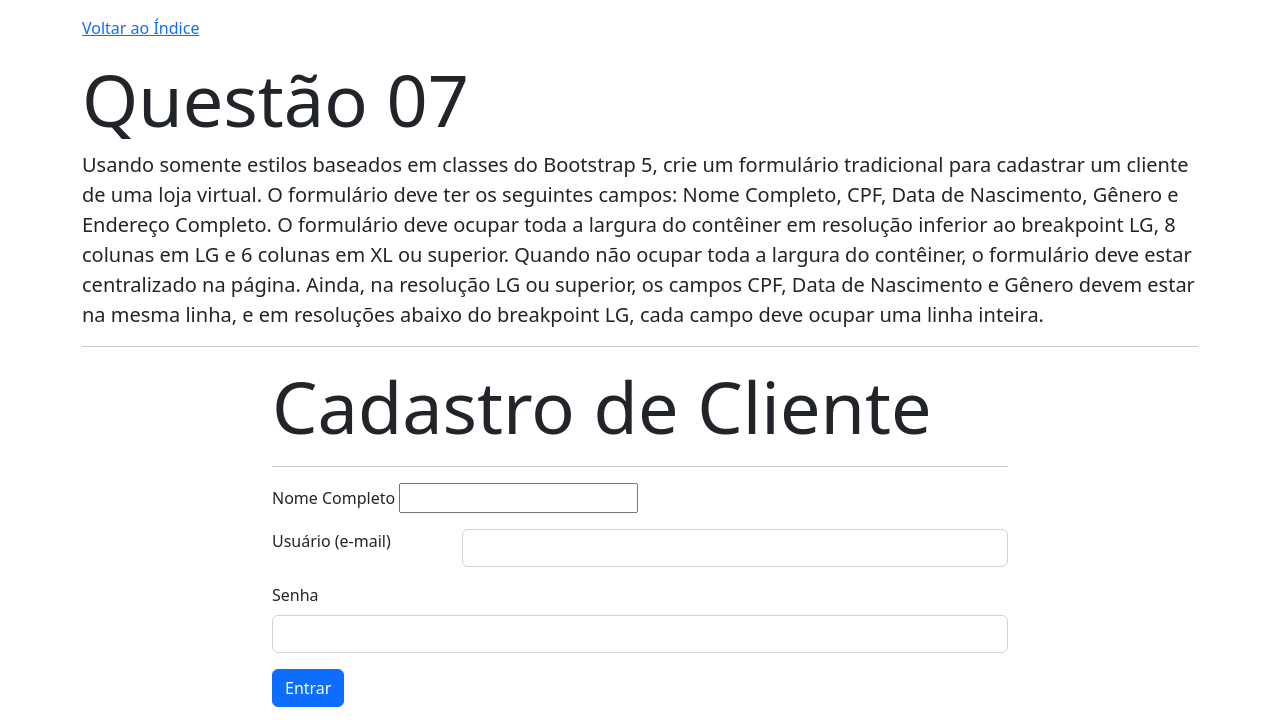
Repository: In-Game-full/Reprograme-se
Page: S-8/Atividade-Pratica-da-Semana-3-do-Replit/questao07.html
The author's editor kept a copy of each file at every save. The page is drawn from the files as they stood at one save, then again after a run of saves.
The browser window is 1280 px wide. The pictures show the whole page.

Above is the page before, as saved 2023-09-12 15:35:51.

### S-8/Atividade-Pratica-da-Semana-3-do-Replit/questao07.html
<!DOCTYPE html>
<html lang="pt-br">

<head>
    <meta charset="UTF-8">
    <meta http-equiv="X-UA-Compatible" content="IE=edge">
    <meta name="viewport" content="width=device-width, initial-scale=1.0">
    <link href="https://cdn.jsdelivr.net/npm/bootstrap@5.2.2/dist/css/bootstrap.min.css" rel="stylesheet">
    <link href="https://cdn.jsdelivr.net/npm/bootstrap-icons@1.10.2/font/bootstrap-icons.css" rel="stylesheet">
    <script src="https://cdn.jsdelivr.net/npm/bootstrap@5.2.2/dist/js/bootstrap.bundle.min.js"></script>
    <title>Questão 07</title>
</head>

<body>
    <div class="container my-3">
        <p><a href="index.html">Voltar ao Índice</a></p>
        <h1 class="display-2">Questão 07</h1>
        <p class="lead">Usando somente estilos baseados em classes do Bootstrap 5, crie um formulário tradicional para cadastrar um cliente de uma loja virtual. O formulário deve ter os seguintes campos: Nome Completo, CPF, Data de Nascimento, Gênero e Endereço Completo. O formulário deve ocupar toda a largura do contêiner em resolução inferior ao breakpoint LG, 8 colunas em LG e 6 colunas em XL ou superior. Quando não ocupar toda a largura do contêiner, o formulário deve estar centralizado na página. Ainda, na resolução LG ou superior, os campos CPF, Data de Nascimento e Gênero devem estar na mesma linha, e em resoluções abaixo do breakpoint LG, cada campo deve ocupar uma linha inteira.</p>
        <hr>
    </div>
    <!-- Valor: 1.5 pontos -->
    <!-- FAZER AQUI -->
    <div class="container">
        <div class="row justify-content-center">
            <div class="col-sm-12 col-lg-8 clo-xl-6">
                <h1 class="display-2">Cadastro de Cliente</h1>
                <hr>
                <form action="">
                    <div class="mb-3">
                        <label for="">Nome Completo</label>
                        <input type="text">
                    </div>
                    <div class="row mb-3">
                        <div class="col-lg-3">
                        <label for="" cass="form-label">Usuário (e-mail)</label>
                        </div>
                        <div class="col-lg-9">
                        <input type="text" class="form-control">
                        </div>
                    </div>
                    <div class="mb-3">
                        <label for="" class="form-label">Senha</label>
                        <input type="text" class="form-control">
                    </div>
                    <button type="submit" class="btn btn-primary">Entrar</button>
                </form>
            </div>
        </div>
    </div>
</body>

</html>

After the next 4 saves:
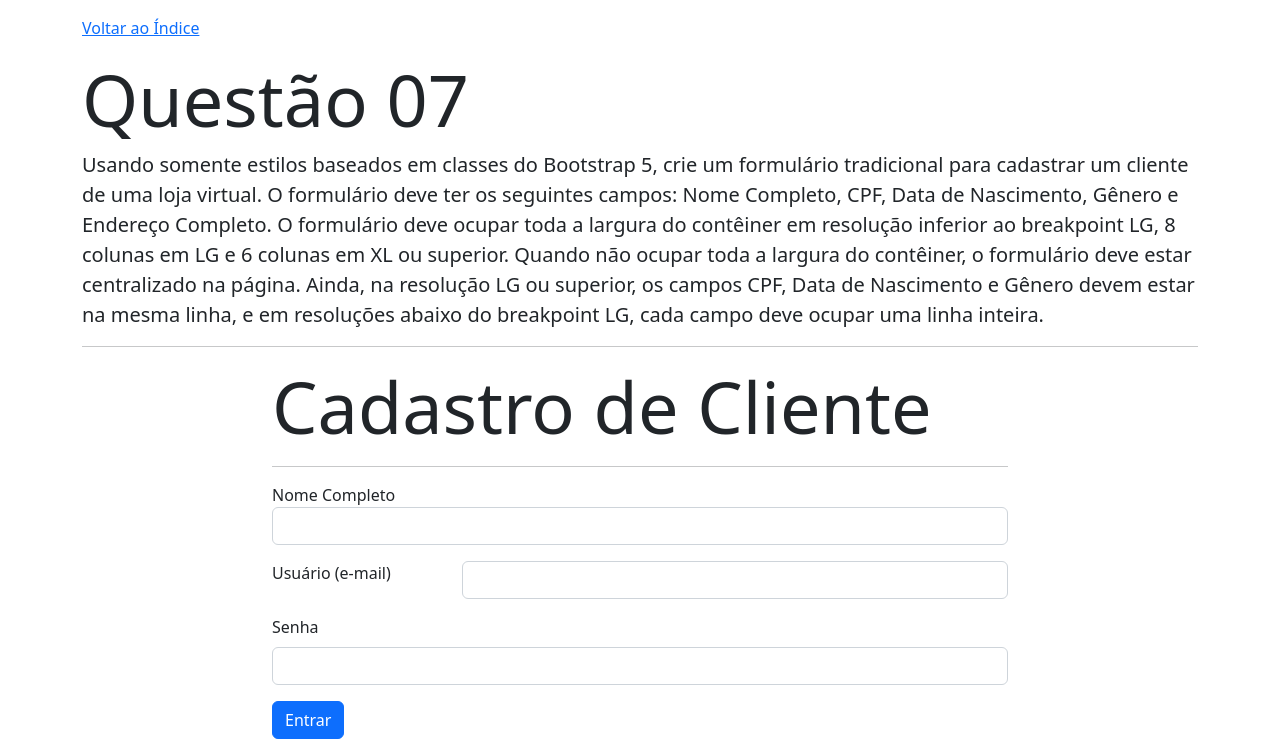
The 4 saves are shown as one change because they came seconds apart.
The last was saved 13 s later.
--- a/S-8/Atividade-Pratica-da-Semana-3-do-Replit/questao07.html
+++ b/S-8/Atividade-Pratica-da-Semana-3-do-Replit/questao07.html
@@ -28,7 +28,7 @@
                 <form action="">
                     <div class="mb-3">
                         <label for="">Nome Completo</label>
-                        <input type="text">
+                        <input type="text" class="form-control">
                     </div>
                     <div class="row mb-3">
                         <div class="col-lg-3">
